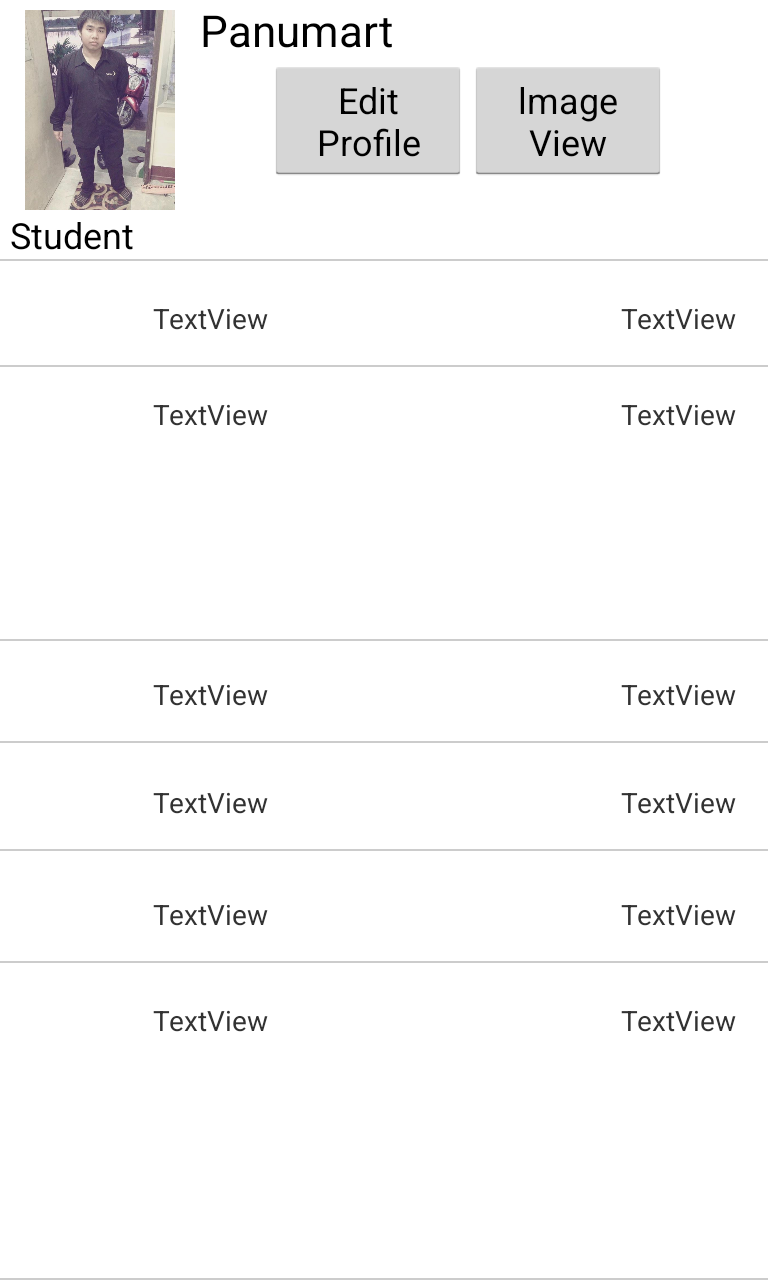
Repository: PanumartThamkawin/Resuma_55410657
Layout: Panu657/res/layout/activity_main.xml
An editor plug-in stored every save of this project. The layout is shown before and after the next save, followed by the edit.
It is drawn on a 768 x 1280 px phone screen (xhdpi) without system bars, with theme AppTheme; the app's code is not run.

Above is the layout before, as saved 2014-09-01 06:49:12.

### Panu657/res/layout/activity_main.xml
<RelativeLayout xmlns:android="http://schemas.android.com/apk/res/android"
    xmlns:tools="http://schemas.android.com/tools"
    android:layout_width="match_parent"
    android:layout_height="match_parent"
    android:layout_marginLeft="5dp"
    tools:context="${relativePackage}.${activityClass}" >

    <LinearLayout
        android:id="@+id/linearLayout1"
        android:layout_width="100dp"
        android:layout_height="100dp"
        android:layout_marginTop="5dp" >

        <ImageView
            android:id="@+id/imageView1"
            android:layout_width="wrap_content"
            android:layout_height="wrap_content"
            android:src="@drawable/jame" />
    </LinearLayout>

    <TextView
        android:id="@+id/textView1"
        android:layout_width="wrap_content"
        android:layout_height="wrap_content"
        android:layout_alignParentTop="true"
        android:layout_toRightOf="@+id/linearLayout1"
        android:text="Panumart "
        android:textAppearance="?android:attr/textAppearanceLarge" />

    <LinearLayout
        android:id="@+id/linearLayout3"
        android:layout_width="wrap_content"
        android:layout_height="wrap_content"
        android:layout_alignParentRight="true"
        android:layout_below="@id/textView1"
        android:layout_marginRight="50dp" >

        <Button
            android:id="@+id/button1"
            android:layout_width="100dp"
            android:layout_height="wrap_content"
            android:text="Edit Profile" />

        <Button
            android:id="@+id/button2"
            android:layout_width="100dp"
            android:layout_height="wrap_content"
            android:text="lmage View" />
    </LinearLayout>

    <LinearLayout
        android:id="@+id/linearLayout2"
        android:layout_width="match_parent"
        android:layout_height="wrap_content"
        android:layout_below="@id/linearLayout1" >

        <TextView
            android:id="@+id/textView2"
            android:layout_width="wrap_content"
            android:layout_height="wrap_content"
            android:layout_marginLeft="5dp"
            android:text="Student "
            android:textAppearance="?android:attr/textAppearanceMedium" />
    </LinearLayout>

    <TextView
        android:id="@+id/textView4"
        android:layout_width="wrap_content"
        android:layout_height="wrap_content"
        android:layout_alignParentRight="true"
        android:layout_below="@+id/view1"
        android:layout_marginRight="16dp"
        android:layout_marginTop="19dp"
        android:text="TextView" />

    <TextView
        android:id="@+id/textView3"
        android:layout_width="wrap_content"
        android:layout_height="wrap_content"
        android:layout_alignBaseline="@+id/textView4"
        android:layout_alignBottom="@+id/textView4"
        android:layout_toLeftOf="@+id/linearLayout3"
        android:text="TextView" />

    <TextView
        android:id="@+id/textView5"
        android:layout_width="wrap_content"
        android:layout_height="wrap_content"
        android:layout_below="@+id/view2"
        android:layout_marginTop="14dp"
        android:layout_toLeftOf="@+id/linearLayout3"
        android:text="TextView" />

    <View
        android:id="@+id/view1"
        android:layout_width="wrap_content"
        android:layout_height="1dp"
        android:layout_alignParentLeft="true"
        android:layout_below="@+id/linearLayout2"
        android:background="#cccccc" />

    <View
        android:id="@+id/view2"
        android:layout_width="wrap_content"
        android:layout_height="1dp"
        android:layout_alignParentLeft="true"
        android:layout_below="@+id/textView4"
        android:layout_marginTop="14dp"
        android:background="#cccccc" />

    <TextView
        android:id="@+id/textView6"
        android:layout_width="wrap_content"
        android:layout_height="wrap_content"
        android:layout_alignBaseline="@+id/textView5"
        android:layout_alignBottom="@+id/textView5"
        android:layout_alignLeft="@+id/textView4"
        android:text="TextView" />

    <TextView
        android:id="@+id/textView7"
        android:layout_width="wrap_content"
        android:layout_height="wrap_content"
        android:layout_alignLeft="@+id/textView5"
        android:layout_below="@+id/View01"
        android:layout_marginTop="17dp"
        android:text="TextView" />

    <TextView
        android:id="@+id/textView8"
        android:layout_width="wrap_content"
        android:layout_height="wrap_content"
        android:layout_alignBaseline="@+id/textView7"
        android:layout_alignBottom="@+id/textView7"
        android:layout_alignLeft="@+id/textView6"
        android:text="TextView" />

    <View
        android:id="@+id/View05"
        android:layout_width="wrap_content"
        android:layout_height="1dp"
        android:layout_alignParentBottom="true"
        android:layout_alignParentLeft="true"
        android:background="#cccccc" />

    <TextView
        android:id="@+id/textView9"
        android:layout_width="wrap_content"
        android:layout_height="wrap_content"
        android:layout_alignLeft="@+id/textView7"
        android:layout_below="@+id/View02"
        android:layout_marginTop="20dp"
        android:text="TextView" />

    <TextView
        android:id="@+id/textView10"
        android:layout_width="wrap_content"
        android:layout_height="wrap_content"
        android:layout_alignBaseline="@+id/textView9"
        android:layout_alignBottom="@+id/textView9"
        android:layout_alignLeft="@+id/textView8"
        android:text="TextView" />

    <TextView
        android:id="@+id/textView11"
        android:layout_width="wrap_content"
        android:layout_height="wrap_content"
        android:layout_alignLeft="@+id/textView9"
        android:layout_below="@+id/View03"
        android:layout_marginTop="22dp"
        android:text="TextView" />

    <TextView
        android:id="@+id/textView12"
        android:layout_width="wrap_content"
        android:layout_height="wrap_content"
        android:layout_alignBaseline="@+id/textView11"
        android:layout_alignBottom="@+id/textView11"
        android:layout_alignLeft="@+id/textView10"
        android:text="TextView" />

    <View
        android:id="@+id/View02"
        android:layout_width="wrap_content"
        android:layout_height="1dp"
        android:layout_alignParentLeft="true"
        android:layout_below="@+id/textView7"
        android:layout_marginTop="14dp"
        android:background="#cccccc" />

    <View
        android:id="@+id/View03"
        android:layout_width="wrap_content"
        android:layout_height="1dp"
        android:layout_alignParentLeft="true"
        android:layout_below="@+id/textView9"
        android:layout_marginTop="14dp"
        android:background="#cccccc" />

    <View
        android:id="@+id/View04"
        android:layout_width="wrap_content"
        android:layout_height="1dp"
        android:layout_alignParentLeft="true"
        android:layout_below="@+id/textView11"
        android:layout_marginTop="14dp"
        android:background="#cccccc" />

    <TextView
        android:id="@+id/textView13"
        android:layout_width="wrap_content"
        android:layout_height="wrap_content"
        android:layout_below="@+id/View04"
        android:layout_marginTop="19dp"
        android:layout_toLeftOf="@+id/linearLayout3"
        android:text="TextView" />

    <TextView
        android:id="@+id/textView14"
        android:layout_width="wrap_content"
        android:layout_height="wrap_content"
        android:layout_alignBaseline="@+id/textView13"
        android:layout_alignBottom="@+id/textView13"
        android:layout_alignLeft="@+id/textView12"
        android:text="TextView" />

    <View
        android:id="@+id/View01"
        android:layout_width="wrap_content"
        android:layout_height="1dp"
        android:layout_alignParentLeft="true"
        android:layout_centerVertical="true"
        android:background="#cccccc" />

</RelativeLayout>

Loaded but not shown: Panu657/res/values/styles.xml (common file); Panu657/res/values-v11/styles.xml (common file); Panu657/res/values-v14/styles.xml (common file)

After the next save:
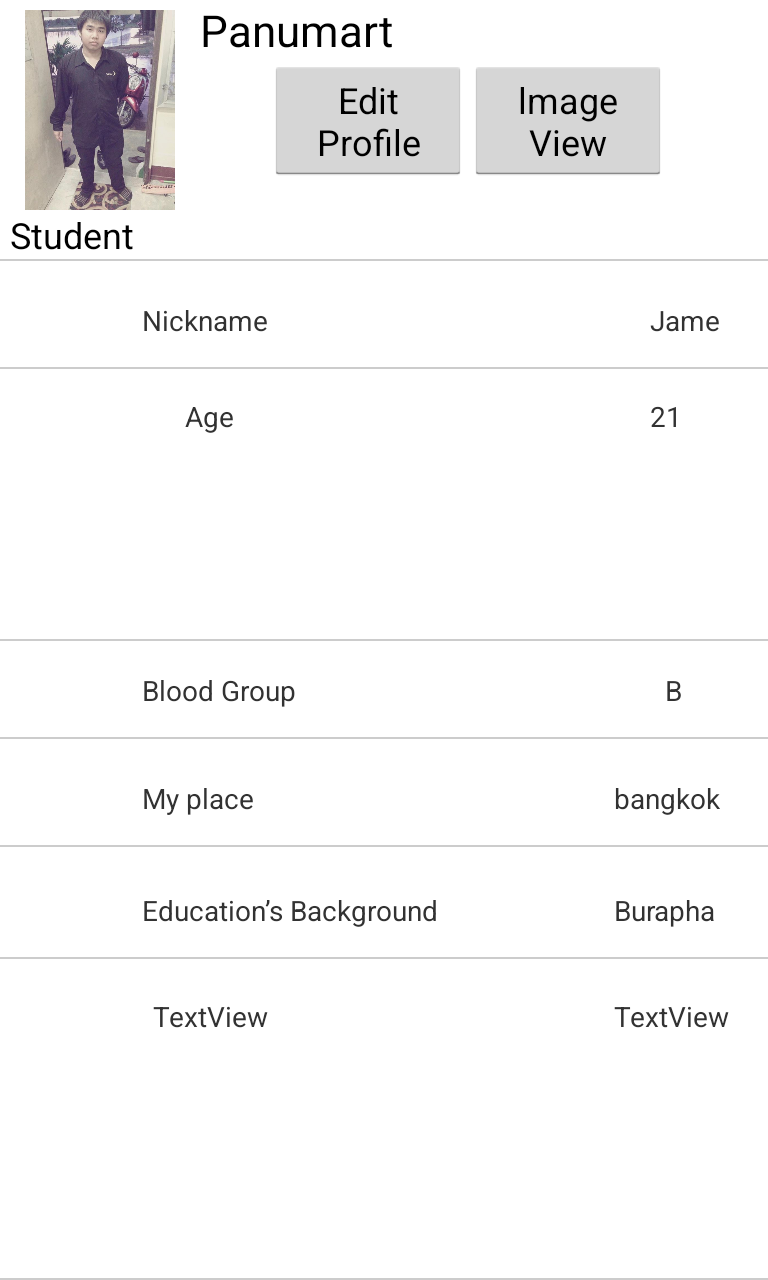
Saved 9 min 1 s later.
--- a/Panu657/res/layout/activity_main.xml
+++ b/Panu657/res/layout/activity_main.xml
@@ -64,32 +64,13 @@
     </LinearLayout>
 
     <TextView
-        android:id="@+id/textView4"
-        android:layout_width="wrap_content"
-        android:layout_height="wrap_content"
-        android:layout_alignParentRight="true"
-        android:layout_below="@+id/view1"
-        android:layout_marginRight="16dp"
-        android:layout_marginTop="19dp"
-        android:text="TextView" />
-
-    <TextView
         android:id="@+id/textView3"
         android:layout_width="wrap_content"
         android:layout_height="wrap_content"
         android:layout_alignBaseline="@+id/textView4"
         android:layout_alignBottom="@+id/textView4"
         android:layout_toLeftOf="@+id/linearLayout3"
-        android:text="TextView" />
-
-    <TextView
-        android:id="@+id/textView5"
-        android:layout_width="wrap_content"
-        android:layout_height="wrap_content"
-        android:layout_below="@+id/view2"
-        android:layout_marginTop="14dp"
-        android:layout_toLeftOf="@+id/linearLayout3"
-        android:text="TextView" />
+        android:text="Nickname" />
 
     <View
         android:id="@+id/view1"
@@ -107,33 +88,6 @@
         android:layout_below="@+id/textView4"
         android:layout_marginTop="14dp"
         android:background="#cccccc" />
-
-    <TextView
-        android:id="@+id/textView6"
-        android:layout_width="wrap_content"
-        android:layout_height="wrap_content"
-        android:layout_alignBaseline="@+id/textView5"
-        android:layout_alignBottom="@+id/textView5"
-        android:layout_alignLeft="@+id/textView4"
-        android:text="TextView" />
-
-    <TextView
-        android:id="@+id/textView7"
-        android:layout_width="wrap_content"
-        android:layout_height="wrap_content"
-        android:layout_alignLeft="@+id/textView5"
-        android:layout_below="@+id/View01"
-        android:layout_marginTop="17dp"
-        android:text="TextView" />
-
-    <TextView
-        android:id="@+id/textView8"
-        android:layout_width="wrap_content"
-        android:layout_height="wrap_content"
-        android:layout_alignBaseline="@+id/textView7"
-        android:layout_alignBottom="@+id/textView7"
-        android:layout_alignLeft="@+id/textView6"
-        android:text="TextView" />
 
     <View
         android:id="@+id/View05"
@@ -150,16 +104,7 @@
         android:layout_alignLeft="@+id/textView7"
         android:layout_below="@+id/View02"
         android:layout_marginTop="20dp"
-        android:text="TextView" />
-
-    <TextView
-        android:id="@+id/textView10"
-        android:layout_width="wrap_content"
-        android:layout_height="wrap_content"
-        android:layout_alignBaseline="@+id/textView9"
-        android:layout_alignBottom="@+id/textView9"
-        android:layout_alignLeft="@+id/textView8"
-        android:text="TextView" />
+        android:text="My place" />
 
     <TextView
         android:id="@+id/textView11"
@@ -168,7 +113,7 @@
         android:layout_alignLeft="@+id/textView9"
         android:layout_below="@+id/View03"
         android:layout_marginTop="22dp"
-        android:text="TextView" />
+        android:text="Education’s Background" />
 
     <TextView
         android:id="@+id/textView12"
@@ -177,7 +122,7 @@
         android:layout_alignBaseline="@+id/textView11"
         android:layout_alignBottom="@+id/textView11"
         android:layout_alignLeft="@+id/textView10"
-        android:text="TextView" />
+        android:text="Burapha " />
 
     <View
         android:id="@+id/View02"
@@ -232,4 +177,58 @@
         android:layout_centerVertical="true"
         android:background="#cccccc" />
 
+    <TextView
+        android:id="@+id/textView5"
+        android:layout_width="wrap_content"
+        android:layout_height="wrap_content"
+        android:layout_alignLeft="@+id/textView13"
+        android:layout_below="@+id/view2"
+        android:layout_marginLeft="16dp"
+        android:layout_marginTop="14dp"
+        android:text="Age" />
+
+    <TextView
+        android:id="@+id/textView7"
+        android:layout_width="wrap_content"
+        android:layout_height="wrap_content"
+        android:layout_alignLeft="@+id/textView3"
+        android:layout_below="@+id/View01"
+        android:layout_marginTop="15dp"
+        android:text="Blood Group" />
+
+    <TextView
+        android:id="@+id/textView8"
+        android:layout_width="wrap_content"
+        android:layout_height="wrap_content"
+        android:layout_above="@+id/View02"
+        android:layout_alignRight="@+id/textView6"
+        android:text="B" />
+
+    <TextView
+        android:id="@+id/textView4"
+        android:layout_width="wrap_content"
+        android:layout_height="wrap_content"
+        android:layout_alignParentRight="true"
+        android:layout_below="@+id/view1"
+        android:layout_marginRight="24dp"
+        android:layout_marginTop="20dp"
+        android:text="Jame" />
+
+    <TextView
+        android:id="@+id/textView10"
+        android:layout_width="wrap_content"
+        android:layout_height="wrap_content"
+        android:layout_above="@+id/View03"
+        android:layout_alignRight="@+id/textView4"
+        android:text="bangkok" />
+
+    <TextView
+        android:id="@+id/textView6"
+        android:layout_width="wrap_content"
+        android:layout_height="wrap_content"
+        android:layout_alignBaseline="@+id/textView5"
+        android:layout_alignBottom="@+id/textView5"
+        android:layout_alignLeft="@+id/textView4"
+        android:text="21" />
+
 </RelativeLayout>
